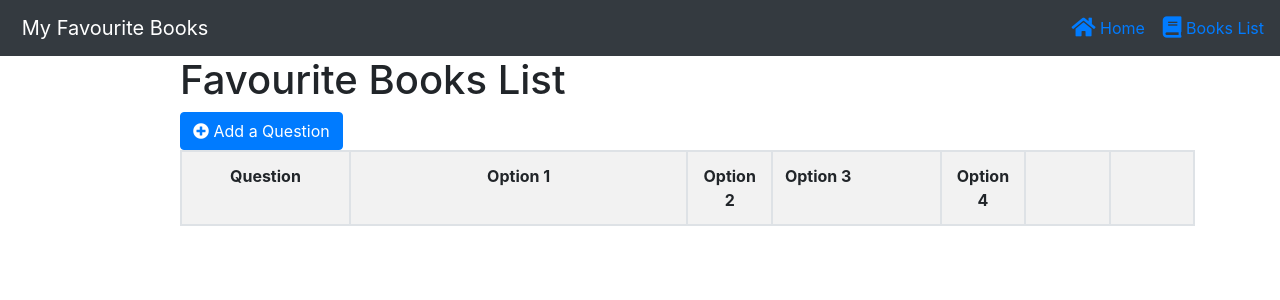
Repository: lord-NAVY/titans
Page: http://localhost/book-list
The author's editor kept a copy of each file at every save. The page is drawn from the files as they stood at one save, then again after the next save.
The browser window is 1280 px wide. The pictures show the whole page.
The page is served by the project's Node server (server.js). Other server files are loaded and not shown. Queries for data that is not in the repository find no rows.

Above is the page before, as saved 2021-11-09 20:54:46.

### server/views/book/index.ejs
<%- include ../partials/header.ejs %>

<%- include ../partials/main_nav.ejs %>


  <!-- Main Content -->
  <main class="container">
    <div class="row">
        <div class="offset-md-1 col-md-11">
            <h1>Favourite Books List</h1>

            <!-- FIX THE ADD BUTTON BELOW -->
            <a href="/book-list/add" class="btn btn-primary" role="button">
            <i class="fas fa-plus-circle"></i> Add a Question</a>
            <br>
            <table class="table table-bordered table-striped table-hover">
                <!-- Header Row-->
                <tr class="d-flex">
                    <th class="text-center col-2">Question</th>
                    <th class="text-center col-4">Option 1</th>
                    <th class="text-center col-1">Option 2</th>
                    <th class="col-2">Option 3</th>
                    <th class="text-center col-1">Option 4</th>
                    <th class="text-center col-1"></th>
                    <th class="text-center col-1"></th>
                </tr>

                <!-- Repeatable Template Row -->

                <% for(let count = 0; count < BookList.length; count++) { %>
                    <tr class="d-flex">
                        <td class="text-center col-2"><%= BookList[count].Title%></td>
                        <td class="text-center col-4"><%= BookList[count].Description %></td>
                        <td class="text-center col-1"><%= BookList[count].Price%></td>
                        <td class="col-2"><%= BookList[count].Author %></td>
                        <td class="text-center col-1"><%= BookList[count].Genre %></td>
                        <td class="text-center col-1">

                    <!-- ADD the EDIT BUTTON HERE -->


                            <a href="/book-list/edit/<%= BookList[count]._id %>" class="btn btn-primary btn-sm">
                            <i class="fas fa-pencil-alt"></i> Edit</a>
                        </td>
                        <td class="text-center col-1">

                         <!-- ADD the DELETE BUTTON HERE -->
                            <a href="/book-list/delete/<%= BookList[count]._id %>" class="btn btn-danger btn-sm">
                            <i class="fas fa-trash-alt"></i> Delete</a>
                        </td>
                    </tr>
                <% } %>
            </table>
        </div>
    </div>
  </main>

### server/views/partials/main_nav.ejs
<!-- Main Navigation -->
  <nav class="navbar navbar-expand-lg navbar-dark bg-dark">
      <a class="navbar-brand" href="/"><i class="fa fa-bookmark-o"></i> My Favourite Books</a>
    <button class="navbar-toggler" type="button" data-toggle="collapse" data-target="#navbarSupportedContent" aria-controls="navbarSupportedContent" aria-expanded="false" aria-label="Toggle navigation">
      <span class="navbar-toggler-icon"></span>
    </button>

    <div class="collapse navbar-collapse" id="navbarSupportedContent">
      <ul class="navbar-nav ml-auto">

           <% if(title == "Home") { %>
          <li class="active"><a href="/"><i class="fa fa-home fa-lg"></i> Home   &nbsp; &nbsp; </a></li>
        <% } else { %>
          <li><a href="/"><i class="fa fa-home fa-lg"></i> Home &nbsp; &nbsp;   </a></li>
        <% } %>

          <% if(title == "books") { %>
          <li class="active"><a href="/books"><i class="fa fa-book fa-lg">
          </i>    Books List</a></li>
          <% } else { %>
            <li><a href="/book-list"><i class="fa fa-book fa-lg">
            </i>   Books List</a></li>
          <% } %>
</ul>
    </div>
  </nav>

### server.js
#!/usr/bin/env node

/* server.js
Students's name: Arshpreet Singh
StudentID: 301174738
Date: 31 October, 2021
*/

/**
 * Module dependencies.
 */

var app = require('./server/config/app');
var debug = require('debug')('week-4:server');
var http = require('http');

/**
 * Get port from environment and store in Express.
 */

var port = normalizePort(process.env.PORT || '3000');
app.set('port', port);

/**
 * Create HTTP server.
 */

var server = http.createServer(app);

/**
 * Listen on provided port, on all network interfaces.
 */

server.listen(port);
server.on('error', onError);
server.on('listening', onListening);

/**
 * Normalize a port into a number, string, or false.
 */

function normalizePort(val) {
  var port = parseInt(val, 10);

  if (isNaN(port)) {
    // named pipe
    return val;
  }

  if (port >= 0) {
    // port number
    return port;
  }

  return false;
}

/**
 * Event listener for HTTP server "error" event.
 */

function onError(error) {
  if (error.syscall !== 'listen') {
    throw error;
  }

  var bind = typeof port === 'string'
    ? 'Pipe ' + port
    : 'Port ' + port;

  // handle specific listen errors with friendly messages
  switch (error.code) {
    case 'EACCES':
      console.error(bind + ' requires elevated privileges');
      process.exit(1);
      break;
    case 'EADDRINUSE':
      console.error(bind + ' is already in use');
      process.exit(1);
      break;
    default:
      throw error;
  }
}

/**
 * Event listener for HTTP server "listening" event.
 */

function onListening() {
  var addr = server.address();
  var bind = typeof addr === 'string'
    ? 'pipe ' + addr
    : 'port ' + addr.port;
  debug('Listening on ' + bind);
}

### server/controllers/book.js
/* book.js
Students's name: Arshpreet Singh
StudentID: 301174738
Date: 31 October, 2021
Web app name: COMP229-F2021-MidTerm-301174738
*/

let express = require('express');
let router = express.Router();
let mongoose = require('mongoose');

// create a reference to the model
let Book = require('../models/book');

module.exports.displayBookList = (req, res, next) => {
    Book.find((err, bookList) => {
        if(err)
        {
            return console.error(err);
        }
        else
        {
            //console.log(BookList);

            res.render('book/index', {title: 'Books', BookList: bookList});
        }
    });
}

module.exports.displayAddPage = (req, res, next) => {
    res.render('book/details', {title: 'Add Book'})
}

module.exports.processAddPage = (req, res, next) => {
    let newBook = Book({
        "Title": req.body.Title,
        "Author": req.body.Author,
        "Genre": req.body.Genre,
        "Description": req.body.Description,
        "Price": req.body.Price
    });

    Book.create(newBook, (err, Book) =>{
        if(err)
        {
            console.log(err);
            res.end(err);
        }
        else
        {
            // refresh the book list
            res.redirect('/book-list');
        }
    });

}

module.exports.displayEditPage = (req, res, next) => {
    let id = req.params.id;

    Book.findById(id, (err, bookToEdit) => {
        if(err)
        {
            console.log(err);
            res.end(err);
        }
        else
        {
            //show the edit view
            res.render('book/edit', {title: 'Edit Book', book: bookToEdit})
        }
    });
}

module.exports.processEditPage = (req, res, next) => {
    let id = req.params.id

    let updatedBook = Book({
        "_id": id,
        "Title": req.body.Title,
        "Author": req.body.Author,
        "Genre": req.body.Genre,
        "Description": req.body.Description,
        "Price": req.body.Price
    });

    Book.updateOne({_id: id}, updatedBook, (err) => {
        if(err)
        {
            console.log(err);
            res.end(err);
        }
        else
        {
            // refresh the book list
            res.redirect('/book-list');
        }
    });
}

module.exports.performDelete = (req, res, next) => {
    let id = req.params.id;

    Book.remove({_id: id}, (err) => {
        if(err)
        {
            console.log(err);
            res.end(err);
        }
        else
        {
             // refresh the book list
             res.redirect('/book-list');
        }
    });
}

### public/Content/app.css
/* app.css
Students's name: Arshpreet Singh
StudentID: 301174738
Date: 31 October, 2021
Web app name: COMP229-F2021-MidTerm-301174738
*/

/* custom css goes here */

Loaded but not shown: server/views/partials/header.ejs (common file)

After the next save:
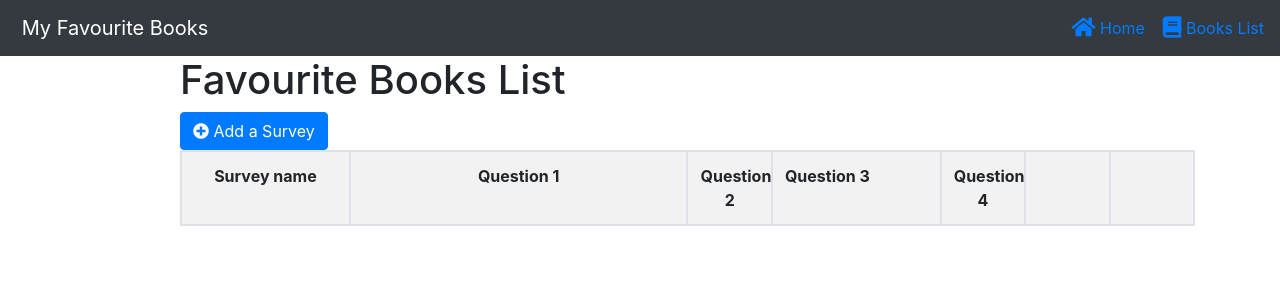
Saved 13 s later.
--- a/server/views/book/index.ejs
+++ b/server/views/book/index.ejs
@@ -11,16 +11,16 @@
 
             <!-- FIX THE ADD BUTTON BELOW -->
             <a href="/book-list/add" class="btn btn-primary" role="button">
-            <i class="fas fa-plus-circle"></i> Add a Question</a>
+            <i class="fas fa-plus-circle"></i> Add a Survey</a>
             <br>
             <table class="table table-bordered table-striped table-hover">
                 <!-- Header Row-->
                 <tr class="d-flex">
-                    <th class="text-center col-2">Question</th>
-                    <th class="text-center col-4">Option 1</th>
-                    <th class="text-center col-1">Option 2</th>
-                    <th class="col-2">Option 3</th>
-                    <th class="text-center col-1">Option 4</th>
+                    <th class="text-center col-2">Survey name</th>
+                    <th class="text-center col-4">Question 1</th>
+                    <th class="text-center col-1">Question 2</th>
+                    <th class="col-2">Question 3</th>
+                    <th class="text-center col-1">Question 4</th>
                     <th class="text-center col-1"></th>
                     <th class="text-center col-1"></th>
                 </tr>
